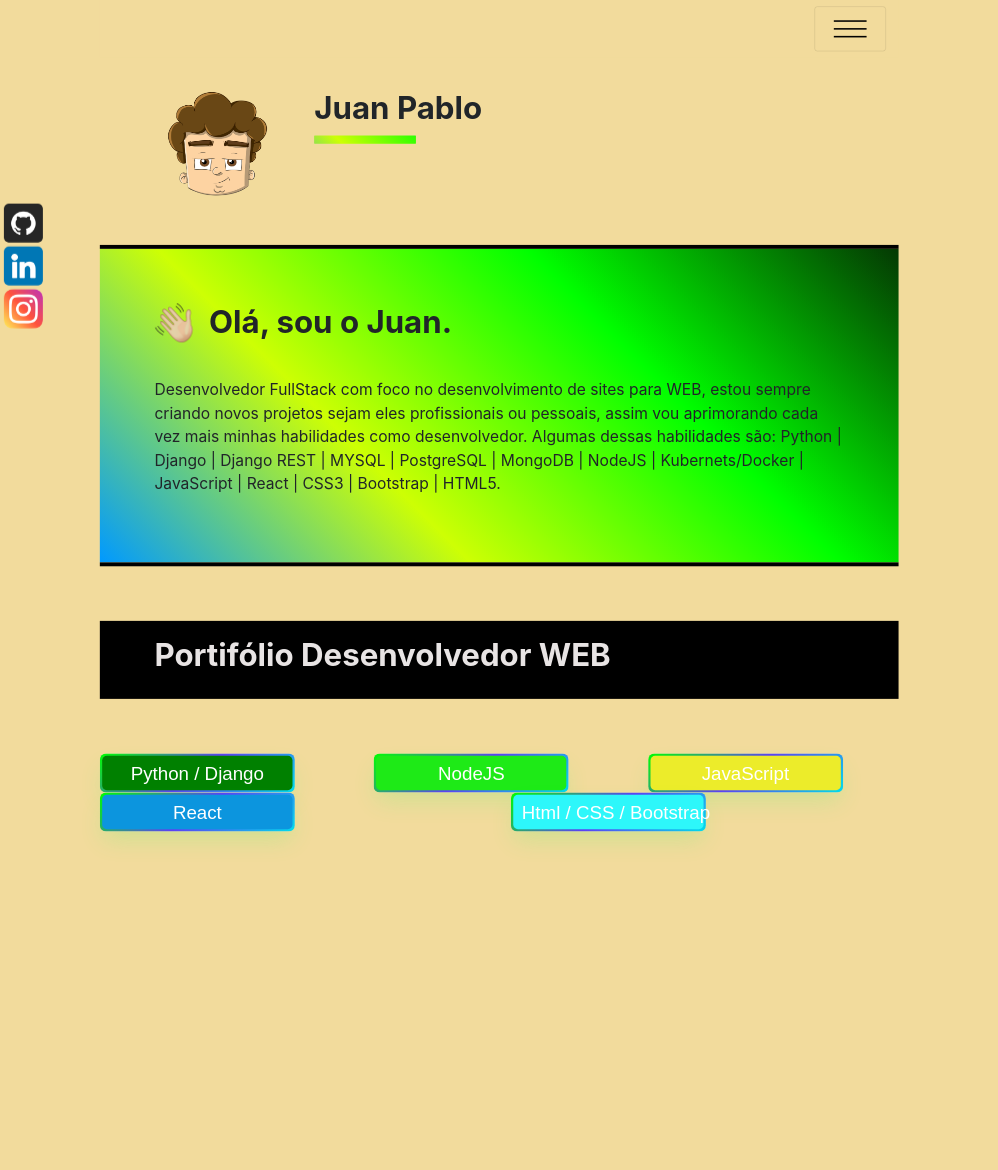
Repository: JuanPabloDS/portifolio
Page: http://localhost/
An editor plug-in stored every save of this project. The page is shown before and after the next save, followed by the edit.
The browser window is 1280 px wide. The pictures show the whole page, at 78% of full size.
The page is served by the project's application, run on Django 4.2 (manage.py). Other server files are loaded and not shown.

Above is the page before, as saved 2023-02-23 11:19:12.

### core/templates/index.html
{% extends 'base.html' %}

{% block content %}

{% include 'perfil.html' %}

{% include 'apresentacao.html' %}

{% include 'developer.html' %}

{% include 'footer.html' %}

{% endblock %}

### core/templates/base.html
{% load static %}
<!DOCTYPE html>
<html lang="pt-br">

    <head>
        <!-- Required meta tags -->
        <meta charset="UTF-8">
        <meta http-equiv="X-UA-Compatible" content="IE=edge">
        <meta name="viewport" content="width=device-width, initial-scale=1.0">
        <title>Portifólio</title>

        <!-- Bootstrap CSS -->
        <link rel="stylesheet" href="{% static 'css/bootstrap.min.css' %}">
        <link rel="stylesheet" href="{% static 'css/style.css' %}">


    </head>

    <body>
        <div class="pos-f-t">
            <nav class="navbar navbar-light menu">
              <button class="navbar-toggler" type="button" data-toggle="collapse" data-target="#navbarToggleExternalContent" aria-controls="navbarToggleExternalContent" aria-expanded="false" aria-label="Toggle navigation">
                <div class="burger"><i></i><i></i><i></i></div>
              </button>
            </nav>
            <div class="collapse" id="navbarToggleExternalContent">
              <div class="bg-dark p-4">
                <div class="menu-itens">
                  <h1>HOME</h1>
                </div>
                <div class="menu-itens">
                  <h1>HOME</h1>
                </div>
                <div class="menu-itens">
                  <h1>HOME</h1>
                </div>
                <div class="menu-itens">
                  <h1>HOME</h1>
                </div>
              </div>
            </div>
          </div>
{% block content %}
{% endblock %}

### core/templates/perfil.html
{% load static %}
<div class="perfil">
    <img src="{% static '/img/perfil/eu.png' %}" alt="">
    <div class="borda">
        <h1>Juan Pablo</h1>
    </div>
</div>

### core/templates/apresentacao.html
{% load static %}
<div class="apresentacao">
    <div class="texto">
        <div>
            <img src="{% static '/img/icons/acenar.png' %}" alt="">
            <h1>Olá, sou o Juan.</h1>
        </div>
        <div class="paragrafo">
            <p>Desenvolvedor FullStack com foco no desenvolvimento de sites para WEB, estou sempre criando
            novos projetos sejam eles profissionais ou pessoais, assim vou aprimorando cada vez
            mais minhas habilidades como desenvolvedor. Algumas dessas habilidades são:
            Python | Django | Django REST | MYSQL | PostgreSQL | MongoDB | NodeJS | Kubernets/Docker |
            JavaScript | React | CSS3 | Bootstrap | HTML5.   </p>
        </div>
    </div>
    <div class="icons">
        <img src="{% static '/img/icons/github.png' %}" alt="">
        <img src="{% static '/img/icons/linkedin.png' %}" alt="">
        <img src="{% static '/img/icons/instagram.png' %}" alt="">
    </div>
</div>

### core/templates/developer.html
{% load static %}
<div class="dev">
    <div class="dev-1">
        <h1>Portifólio Desenvolvedor WEB</h1>
    </div>
    <div class="dev-menu row">

        <div class="col-sm">
            <button class="button-64" role="button"><span class="text but-1">Python / Django</span></button>
        </div>
        <div class="col-sm">
            <button class="button-64" role="button"><span class="text but-3">NodeJS</span></button>
        </div>
        <div class="col-sm">
            <button class="button-64" role="button"><span class="text but-2">JavaScript</span></button>
        </div>
        <div class="col-sm">
            <button class="button-64" role="button"><span class="text but-4">React</span></button>
        </div>
        <div class="col-sm">
            <button class="button-64" role="button"><span class="text but-5">Html / CSS / Bootstrap</span></button>
        </div>
    </div>
</div>

### core/templates/footer.html
{% load static %}
<!-- jQuery first, then Tether, then Bootstrap JS. -->
<script src="{% static 'js/jquery.js' %}"></script>
<script src="{% static 'js/bootstrap.js' %}" ></script>
<script src="{% static 'js/bootstrap.min.js' %}" ></script>
<script src="{% static 'js/bootstrap.bundle.js' %}" ></script>
<script src="{% static 'js/bootstrap.bundle.min.js' %}" ></script>
</body>
</html>

### core/views.py
from django.views.generic import TemplateView

class IndexView(TemplateView):
    template_name: str = 'index.html'

### portifolio/urls.py
"""portifolio URL Configuration

The `urlpatterns` list routes URLs to views. For more information please see:
    https://docs.djangoproject.com/en/4.1/topics/http/urls/
Examples:
Function views
    1. Add an import:  from my_app import views
    2. Add a URL to urlpatterns:  path('', views.home, name='home')
Class-based views
    1. Add an import:  from other_app.views import Home
    2. Add a URL to urlpatterns:  path('', Home.as_view(), name='home')
Including another URLconf
    1. Import the include() function: from django.urls import include, path
    2. Add a URL to urlpatterns:  path('blog/', include('blog.urls'))
"""
from django.contrib import admin
from django.urls import path, include

from django.conf.urls.static import static
from django.conf import settings

urlpatterns = [
    path('admin/', admin.site.urls),
    path('', include('core.urls')),
] + static(settings.MEDIA_URL, document_root=settings.MEDIA_ROOT)

### core/urls.py
from django.urls import path
from .views import IndexView

urlpatterns = [
    path('', IndexView.as_view(), name='index')
]

### core/static/css/style.css
/*! Menu inicial */

body{
    width: 80%;
    margin: auto;
    height: 1500px;
    background-color: #f2db9c;
}

@media screen and (max-width: 600px) {
    body{
        width: 100%;
        margin: auto;
    }

}

.burger {

    z-index: 9998;
    cursor: pointer;
    padding: 5px 4px;
    background-color: transparent;
}

.burger i {
    display: block;
    width: 42px;
    height: 2px;
    margin: 8px;
    background-color: black;
}

.burger:active,
.burger:focus {
 outline-color:0;
 outline-style:none;
 outline-width:0
}
.burger i {
 display:block;
 width:42px;
 height:2px;
 margin:8px;
 background-color:black
}

.burger i:nth-child(n) {
 -moz-transition:-moz-transform .45s cubic-bezier(.43,.77,.15,1.5),background .3s ease;
 -o-transition:-o-transform .45s cubic-bezier(.43,.77,.15,1.5),background .3s ease;
 -webkit-transition:-webkit-transform .45s cubic-bezier(.43,.77,.15,1.5),background .3s ease;
 transition:transform .45s cubic-bezier(.43,.77,.15,1.5),background .3s ease
}
.burger.hover i:nth-child(1) {
 -moz-transform:translate3d(0,-4px,0);
 -ms-transform:translate3d(0,-4px,0);
 -webkit-transform:translate3d(0,-4px,0);
 transform:translate3d(0,-4px,0)
}
.burger.hover i:nth-child(3) {
 -moz-transform:translate3d(0,4px,0);
 -ms-transform:translate3d(0,4px,0);
 -webkit-transform:translate3d(0,4px,0);
 transform:translate3d(0,4px,0)
}
.burger.st-1 {
 animation:rotate-back-in .8s cubic-bezier(.2,.86,.35,1) forwards;
 -webkit-animation:rotate-back-in .8s cubic-bezier(.2,.86,.35,1) forwards
}
.burger.st-1 i:nth-child(1) {
 -moz-transform:translate3d(0,9px,0);
 -ms-transform:translate3d(0,9px,0);
 -webkit-transform:translate3d(0,9px,0);
 transform:translate3d(0,9px,0)
}
.burger.st-1 i:nth-child(3) {
 -moz-transform:translate3d(0,-9px,0);
 -ms-transform:translate3d(0,-9px,0);
 -webkit-transform:translate3d(0,-9px,0);
 transform:translate3d(0,-9px,0)
}
.burger.st-2 {
 animation:rotate-back-out .85s cubic-bezier(.2,.86,.35,1) forwards;
 -webkit-animation:rotate-back-out .85s cubic-bezier(.2,.86,.35,1) forwards
}
.burger.st-2 i:nth-child(1) {
 -moz-transform:translate3d(0,10px,0) rotate(45deg) scale(1.5);
 -ms-transform:translate3d(0,10px,0) rotate(45deg) scale(1.5);
 -webkit-transform:translate3d(0,10px,0) rotate(45deg) scale(1.5);
 transform:translate3d(0,10px,0) rotate(45deg) scale(1.5)
}
.burger.st-2 i:nth-child(2) {
 opacity:0
}
.burger.st-2 i:nth-child(3) {
 -moz-transform:translate3d(0,-10px,0) rotate(-45deg) scale(1.5);
 -ms-transform:translate3d(0,-10px,0) rotate(-45deg) scale(1.5);
 -webkit-transform:translate3d(0,-10px,0) rotate(-45deg) scale(1.5);
 transform:translate3d(0,-10px,0) rotate(-45deg) scale(1.5)
}
.burger.st-2.hover i:nth-child(1) {
 -moz-transform:translate3d(0,10px,0) rotate(50deg) scale(1.5);
 -ms-transform:translate3d(0,10px,0) rotate(50deg) scale(1.5);
 -webkit-transform:translate3d(0,10px,0) rotate(50deg) scale(1.5);
 transform:translate3d(0,10px,0) rotate(50deg) scale(1.5)
}
.burger.st-2.hover i:nth-child(3) {
 -moz-transform:translate3d(0,-10px,0) rotate(-50deg) scale(1.5);
 -ms-transform:translate3d(0,-10px,0) rotate(-50deg) scale(1.5);
 -webkit-transform:translate3d(0,-10px,0) rotate(-50deg) scale(1.5);
 transform:translate3d(0,-10px,0) rotate(-50deg) scale(1.5)
}

.menu{
    height: 20%;
    background-color: #f2db9c;
    color: black;
}

.menu button{
    position: relative;
    right: inherit;
    float: right;
    margin-left: auto;
    color: black;
}

.menu span {
    color: black;
}



.menu-itens {
    height: 80px;
    background-color: blue;
    text-align: center;
    padding-top: 13px;
    margin-bottom: 10px;
    font-size: 50%;
}

@media screen and (max-width: 600px){
    .menu button{
        position: relative;
        padding-top: 0;
        right: inherit;
        padding-right: 0;
        padding-left: 5px;
        padding-bottom: 0;
        width: 60px;
        height: 50px;
    }

    .menu-itens {
        height: 30px;
        background-color: blue;
    }

    .menu-itens h1 {
        font-size: 150%;
        line-height: 0.2;
    }

    .burger i {
        width:25px;
        height:2px;
       }
}

/*! Fim Menu inicial */

/*! Perfil */

.perfil{
    padding-top: 40px;
    padding-left: 80px;
    margin-bottom: 200px;
}

.perfil img {
    width: 140px;
    height: 140px;
    float: left;
}

.perfil h1 {
    margin-left: 50px;
    position: absolute;
    font-weight: bold;


}
.borda{
    position: relative;
    padding-left: 145px;
}

.borda::before, .borda::after{
    content: '';
    position: absolute;
    z-index: -1;
    width: calc(130px);
    height: calc(10px);
    top: 60px;
    background: linear-gradient(45deg, #0099ff, #cdff04, #00ff00, #043903 );
    margin-left: 50px;
    background-size: 300%;
    animation: AnimarBorda 8s linear infinite;

}

@keyframes AnimarBorda {
    0% {
        background-position: 0;
    }
    100% {
        background-position: 300%;
    }
}

@media screen and (max-width: 900px) {
    .perfil {
        padding-left: 20px;
        margin-bottom: 100px;

    }
    .perfil img {
        width: 60px;
        height: 60px;
    }
    .perfil h1 {
        font-size: 30px;
    }

    .borda{
        padding-left: 30px;
    }

    .borda::before, .borda::after{
        margin-left: 20px;
        top: 40px;

    }

}

/*! Fim Perfil */

/*! Apresentaçao */

.apresentacao{
    background-color: #f2e5c0;
    padding: 70px;
    position: relative;
    border-bottom: 5px solid black;
    border-top: 5px solid black;
    background: linear-gradient(45deg,#0099ff, #cdff04, #00ff00, #043903
    );
    animation-name: ring;
    animation-duration: 1000ms;
    animation-timing-function: linear;
    animation-iteration-count: infinite;
    display: flex;
    justify-content: center;
    align-items: center;

@keyframes ring {
    0%{
        tranform:rotate(-360deg)
    }
}

}

.texto {
    display: flex;
    flex-direction: column ;
    flex-wrap: wrap;
}

.texto h1 {
    margin-left: 20px;
    font-weight: bold;
    float: left;
    align-self: stretch;
}

.texto img {
    width: 50px;
    height: 50px;
    float: left;
}

.paragrafo p {
    margin-top: 40px;
    font-size: 20px;
}

.icons{
    position: fixed;
    padding-bottom: 23%;
    padding-left: 5px;
    bottom: 0;
    left: 0;
    width: 50px;
}

.icons img{
    width: 50px;
    height: 50px;
    margin-bottom: 5px;
}

@media screen and (max-width: 900px) {
    .icons{
        width: 20px;
    }

    .icons img{
        width: 20px;
        height: 20px;
        margin-bottom: 5px;
    }

    .texto h1 {
        font-size: 20px;
    }

    .texto img {
        width: 25px;
        height: 25px;
    }

    .paragrafo p {
        margin-top: 20px;
        font-size: 15px;
    }

}

/*! Fim Apresetação */

/*! Developer */

.dev-1 {
    margin-top: 70px;
    height: 100px;
    background-color: black;
    padding-top: 20px;
    padding-left: 70px;
}

.dev-1 h1 {
    color: rgb(232, 228, 228);
    font-weight: bold;

}

.dev-menu {
    margin-top: 70px;
    display: flex;
    flex-direction: row ;
    flex-wrap: wrap;
}

.dev-menu button {
    width: 250px;
    height: 50px;
}

/* CSS */
.button-64 {
  align-items: center;
  background-image: linear-gradient(144deg,#00ff00, #5B42F3 50%,#00DDEB);
  border: 0;
  border-radius: 8px;
  box-shadow: rgba(65, 252, 96, 0.2) 0 15px 30px -5px;
  box-sizing: border-box;
  color: white;
  display: flex;
  font-family: Phantomsans, sans-serif;
  font-size: 20px;
  justify-content: center;
  line-height: 1em;
  max-width: 100%;
  min-width: 140px;
  padding: 3px;
  text-decoration: none;
  user-select: none;
  -webkit-user-select: none;
  touch-action: manipulation;
  white-space: nowrap;
  cursor: pointer;
}

.button-64:active,
.button-64:hover {
  outline: 0;
}

.button-64 span {
  padding: 11px;
  border-radius: 6px;
  width: 100%;
  height: 100%;
  transition: 300ms;
}

.button-64:hover span {
  background: none;
}

.but-1 {
    background-color: green;
}

.but-2 {
    background-color: rgb(236, 236, 42);
}

.but-3 {
    background-color: rgb(30, 234, 23);
}

.but-4 {
    background-color: rgb(12, 149, 222);
}

.but-5 {
    background-color: rgb(45, 247, 250);
}

@media (min-width: 768px) {
  .button-64 {
    font-size: 24px;
    min-width: 196px;
  }
}

Loaded but not shown: core/static/css/bootstrap.min.css (library); core/static/js/jquery.js (library); core/static/js/bootstrap.js (library); core/static/js/bootstrap.min.js (library); core/static/js/bootstrap.bundle.js (library); core/static/js/bootstrap.bundle.min.js (library)

After the next save:
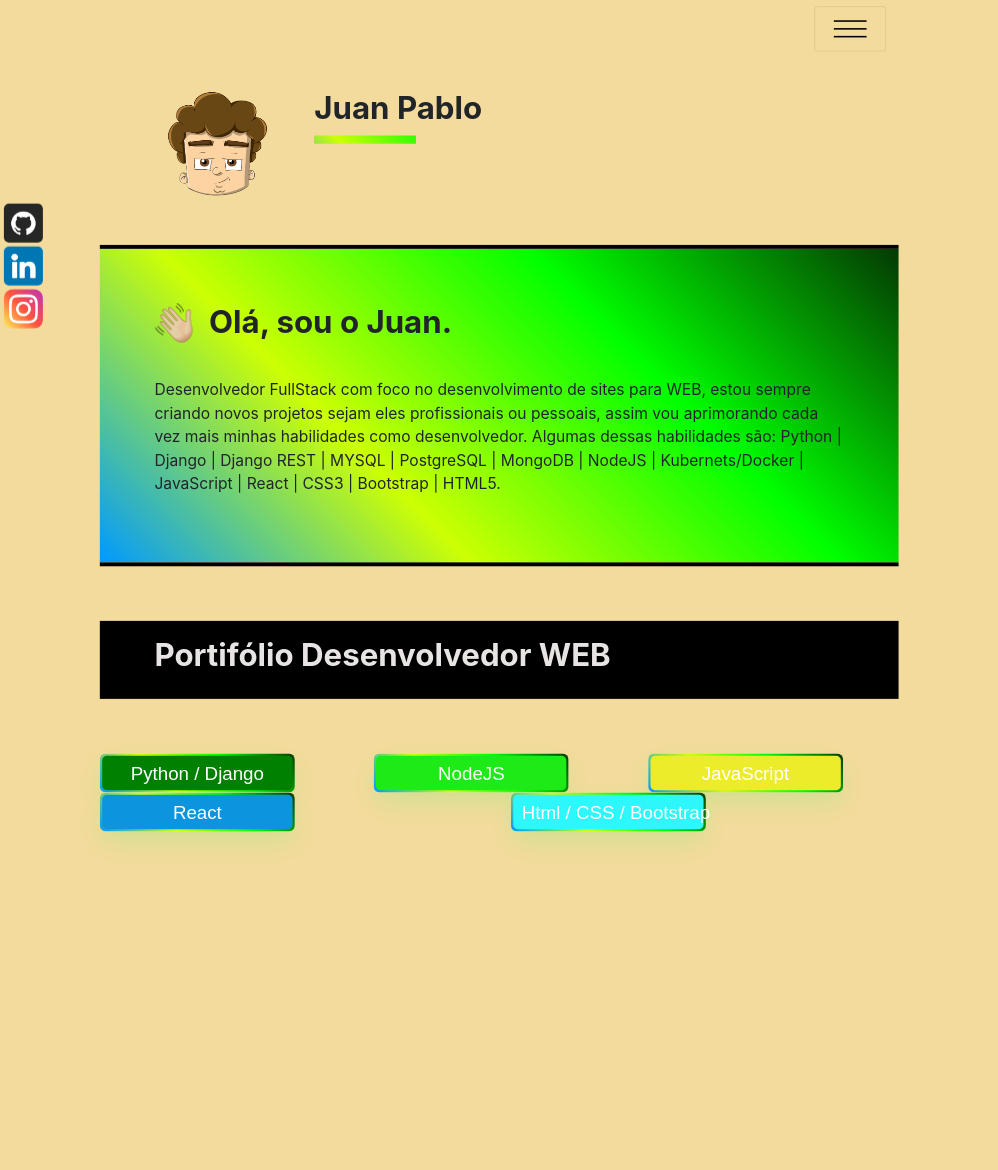
Saved 86 s later.
--- a/core/static/css/style.css
+++ b/core/static/css/style.css
@@ -372,7 +372,7 @@ body{
 /* CSS */
 .button-64 {
   align-items: center;
-  background-image: linear-gradient(144deg,#00ff00, #5B42F3 50%,#00DDEB);
+  background-image: linear-gradient(45deg,#0099ff, #cdff04, #00ff00, #043903);
   border: 0;
   border-radius: 8px;
   box-shadow: rgba(65, 252, 96, 0.2) 0 15px 30px -5px;
